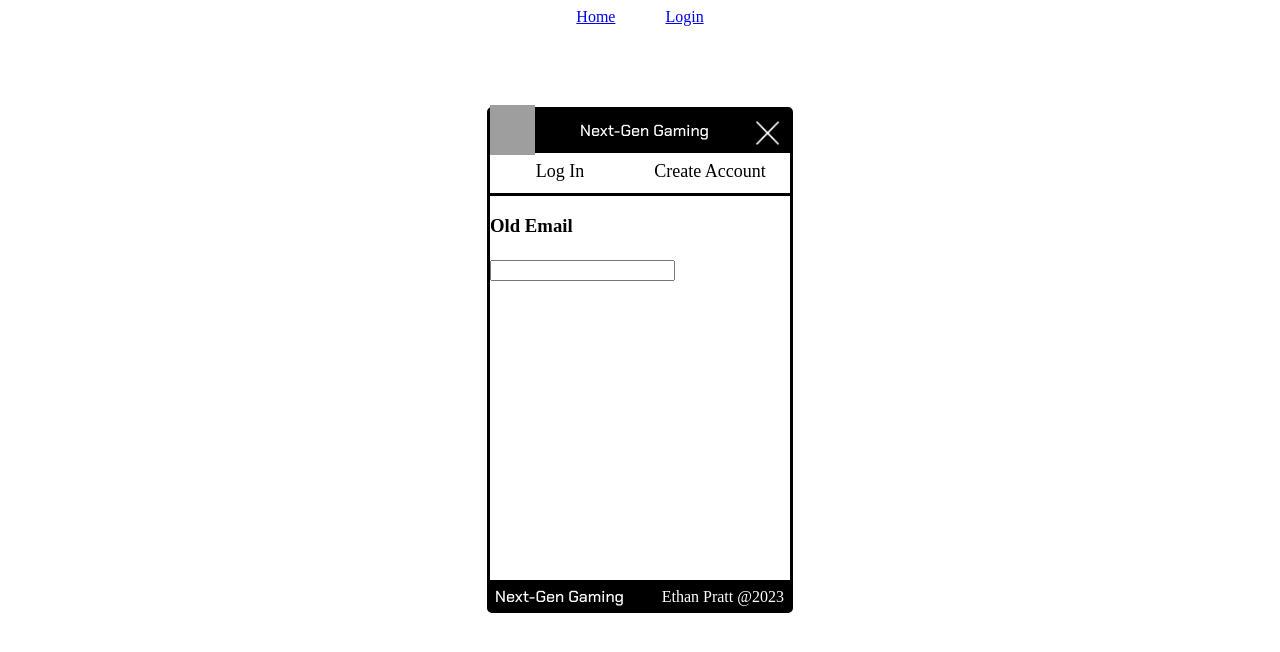
Repository: ghend99/login-page
Page: /change
An editor plug-in stored every save of this project. The page is shown before and after the next save, followed by the edit.
The browser window is 1280 px wide. The pictures show the whole page.
Pictures or frames that could not be fetched are drawn as grey boxes. The project was rebuilt for these pictures with package versions that can differ from the ones it lists, and the page was loaded fresh each time. Also part of the build but not shown: src/css/Create2.css, src/pages/Home.tsx, src/config/firebase.ts, src/pages/Login.tsx, src/css/Create.css, src/pages/Create.tsx, src/pages/Create2.tsx.

Above is the page before, as saved 2023-02-15 14:36:13.

After the next save:
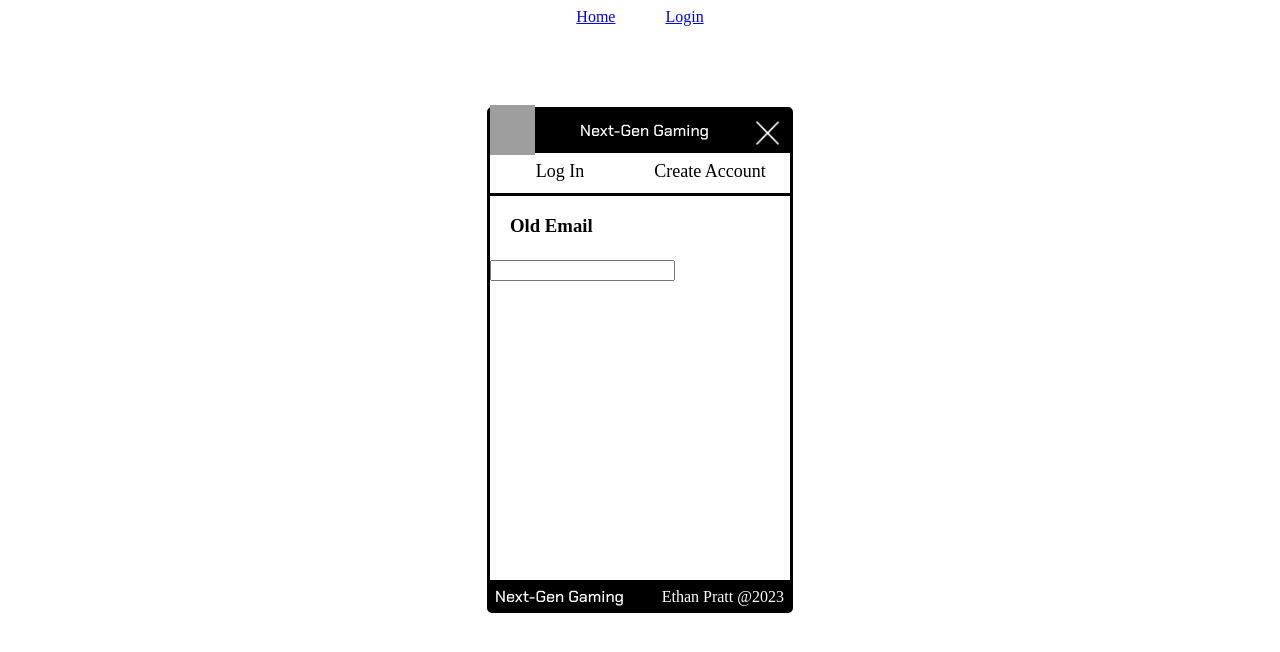
Saved 24 s later.
--- a/src/css/Change.css
+++ b/src/css/Change.css
@@ -15,7 +15,7 @@
 .change-email--title {
   position: absolute;
   display: flex;
-  left: 0;
+  left: 20px;
 }
 
 .change-email--input {
